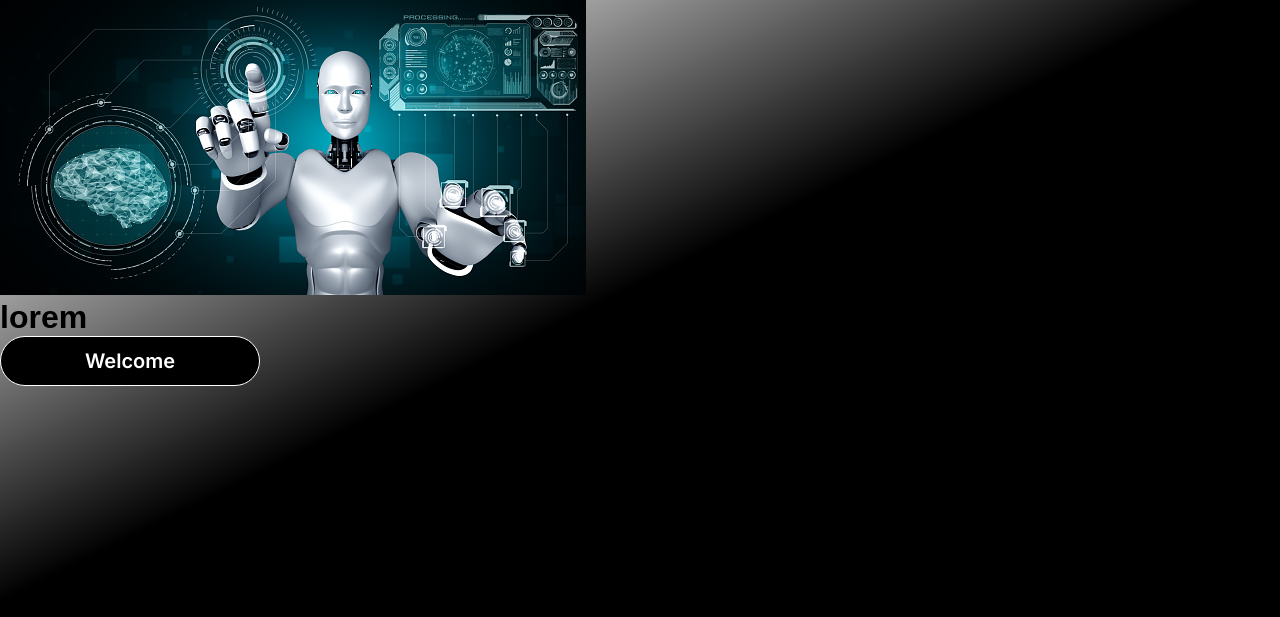
Repository: Cherced/virtualassistant
Page: /WelcomeS
The author's editor kept a copy of each file at every save. The page is drawn from the files as they stood at one save, then again after the next save.
The browser window is 1280 px wide. The pictures show the whole page.
The project was rebuilt for these pictures with package versions that can differ from the ones it lists, and the page was loaded fresh each time. The framework's server and built-in components were replaced by stand-ins that run in the browser.

Above is the page before, as saved 2022-07-15 13:31:17.

### pages/_app.js
import '../sass/global.scss';


const MyApp = ({ Component, pageProps }) => {
    return <Component {...pageProps} />
  }


export default MyApp

### pages/_document.js
import { Html, Head, Main, NextScript } from 'next/document'

export default function Document() {

  return (
    <Html lang="en">
      <Head />
      <body>
        <Main />
        <div id="portal"></div>
        <NextScript />
      </body>
    </Html>
  )
}

### pages/WelcomeS.jsx
import React from 'react'
import {BasicButton} from '../components/atoms/buttons/BasicButton'

const WelcomeS = () => {
  return (
    <div className="WelcomeS">
      <header className="WelcomeS__header">
        <img className="WelcomeS__header--img" src="/img/robotWs.png" alt="Robot"/>
      </header>
      <main className="WelcomeS__main">
        <h1 className="WelcomeS__main--title">
          lorem
        </h1>
      </main>
      <footer className="WelcomeS__footer">
          <BasicButton type="button" color="black" title="Welcome" aria="Welcome Button" />
      </footer>
    </div>
  )
}

export default WelcomeS

### sass/global.scss
@import './vars';
@import './components';
@import './pages/draft';
@import './pages/welcome';
@import './pages/welcomeS';

### components/atoms/buttons/BasicButton.jsx
import React from 'react'

export const BasicButton = (props) => {
  return (
    <button className={`basic__button ${props.color}`} type={props.type} aria-label={props.aria}>
      {props.title}
    </button>
  )
}

### sass/_vars.scss
@import url('https://fonts.googleapis.com/css2?family=Inter:wght@100;200;300;500;600;700;800;900&family=Roboto:ital,wght@0,100;0,300;0,400;0,500;0,700;0,900;1,100;1,300;1,400;1,500;1,700;1,900&display=swap');
@import url('https://fonts.googleapis.com/css2?family=Roboto:ital,wght@0,100;0,300;0,400;0,500;0,700;0,900;1,100;1,300;1,400;1,500;1,700;1,900&family=Ubuntu:ital,wght@0,300;0,400;0,500;0,700;1,300;1,400;1,500;1,700&display=swap');

$mainColor: black;
$mainTextColor: white;
$mainFont: 'Inter';
$subTitle: 'Roboto';


*{
    box-sizing: border-box;
    margin: 0;
    padding: 0;
    font-family: Arial, Helvetica, sans-serif;
}

### sass/_components.scss
@import './components/headers/welcomeHeader';
@import './components/carrousels/carrousel';
@import './components/buttons/nextButton';
@import './components/buttons/basicButton';

### sass/components/headers/_welcomeHeader.scss
.brand {
  width: 100%;
  min-height: 500px;
  display: flex;
  background: black;
  border-radius: 0 0 100px 100px;
  box-shadow: 6px 6px 20px 3px rgba(0, 0, 0, 0.2);
  justify-content: center;
  align-items: center;

  .brand__elipse--container {
    display: none;
  }

  .brand__img {
    z-index: 2;
    object-fit: cover;
  }
}

@media screen and (min-width: 1024px) {
  .brand {
    background-repeat: no-repeat;
    background-position: center;
    background-position-y: -200px;
    border-radius: none;
    background-image: url('../../../public/img/Ellipse.png');
    background: linear-gradient(180deg, #000000, #ffffff, #7d7777, #ececec, #7b7b7b, #000000, #545454, #e1e1e1, #e1e1e1);
    background-size: 1800% 1800%;

    -webkit-animation: AnimationName 27s ease infinite;
    -moz-animation: AnimationName 27s ease infinite;
    animation: AnimationName 27s ease infinite;


  .brand__elipse--container {
    display: block;
    position: absolute;
    top: -193px;
    z-index: 1;
  }
  }


@-webkit-keyframes AnimationName {
  0%{background-position:0% 68%}
  50%{background-position:100% 33%}
  100%{background-position:0% 68%}
}
@-moz-keyframes AnimationName {
  0%{background-position:0% 68%}
  50%{background-position:100% 33%}
  100%{background-position:0% 68%}
}
@keyframes AnimationName {
  0%{background-position:0% 68%}
  50%{background-position:100% 33%}
  100%{background-position:0% 68%}
}

}

### sass/components/carrousels/_carrousel.scss
.carrousel {
    max-width: 500px;
    height: auto;
    min-width: 300px;
    overflow: hidden;

    .slider {
        position: relative;
        display: flex;
        width: 200%;
        height: 100%;
    }

    .carrousel__list {
        list-style: none;
        display: flex;
        flex-direction: column;
        width: 100%;

        .carrousel__list--item {
            width: 100%;
            display: flex;
            flex-direction: row;
            align-items: center;
            justify-content: center;

            .carrousel__item--title {
                font-family: $subTitle;
                font-style: normal;
                font-weight: 500;
                font-size: 20px;
                line-height: 24px;
                text-align: center;
                letter-spacing: 0.04em;
                margin-bottom: 30px;
            }

            .carrousel__item--parragraph {
                font-style: normal;
                font-weight: 400;
                font-size: 15px;
                line-height: 18px;
                text-align: center;
                letter-spacing: 0.04em;
                font-family: $mainFont;
                color: #0F184D;
                padding: 0 30px;
                text-align: center;
            }
        }
    }
}

### sass/components/buttons/_nextButton.scss
.button__next {
    display: flex;
    width: auto;
    min-width: 100px;
    height: 50px;
    justify-content: space-around;
    align-items: center;
    background: black;
    color: white;
    border-radius: 100px;
    padding: 0 0 0 30px;
    box-shadow: 5px 5px 10px 0px black;
    cursor: pointer;
    font-family: $mainFont;
    font-size: 16px;


    .button__next--Arrow {
        width: 50px;
        height: 50px;
        display: flex;
        align-items: center;
        justify-content: center;
        background: $mainTextColor;
        border-radius: 100px;
        margin-left: 10px;

        .next__arrow--h1 {
            padding: 10px;
            color: $mainColor;
            font-family: $mainFont;
        }
    }

}

### sass/components/buttons/_basicButton.scss
.basic__button {
    width: 260px;
    height: 50px;
    border-radius: 30px;
}

.black {
    background: black;
    border: 1px solid white;
    font-family: $mainFont;
    font-style: normal;
    font-weight: 600;
    font-size: 20px;
    line-height: 30px;
    text-align: center;
    color: #FFFFFF;
}

.white{
    background: white;
    border: 1px solid black;
    font-family: $mainFont;
    font-style: normal;
    font-weight: 600;
    font-size: 20px;
    line-height: 30px;
    text-align: center;
    color: black;
}

### sass/pages/_draft.scss

.Draft{
    display: flex;
    align-self: center;
    width: 100%;
    justify-content: center;
    height: 100vh;
    flex-direction: column;
    align-items: center;
}

### sass/pages/_welcome.scss
.welcome {
    width: 100%;
    height: 100vh;
    display: flex;
    flex-direction: column;
    align-items: center;
    box-shadow: 7px 8px 20px 7px black;
    justify-items: center;
    justify-content: space-between;

    .main__Content--welcome {
        width: 100%;
        height: 100%;
        display: flex;
        justify-content: center;
        flex-direction: column;
        align-items: center;

        .main__Content--title {
            font-family: $mainFont;
            font-style: normal;
            font-weight: 600;
            font-size: 30px;
            line-height: 18px;
            text-align: center;
            letter-spacing: 0.04em;

            color: #0F184D;
            margin: 30px 0;
        }
    }

    .NavButtons {
        display: flex;
        width: 100%;
        align-items: center;
        justify-content: space-between;
        padding: 0 30px;
        margin: 20px 0;

        .NavButtons__ancord {
            text-decoration: none;
            font-style: normal;
            font-weight: 400;
            font-size: 15px;
            line-height: 18px;
            letter-spacing: 0.04em;
            font-family: $mainFont;
            color: #000000;
        }
    }
}

### sass/pages/_welcomeS.scss
.WelcomeS{
    height: 100vh;
    background: linear-gradient(333.49deg, #000000 55.66%, rgba(217, 217, 217, 0) 92.17%);
    .WelcomeS {
        width: 100%;
        height: 50%;
    }
}

After the next save:
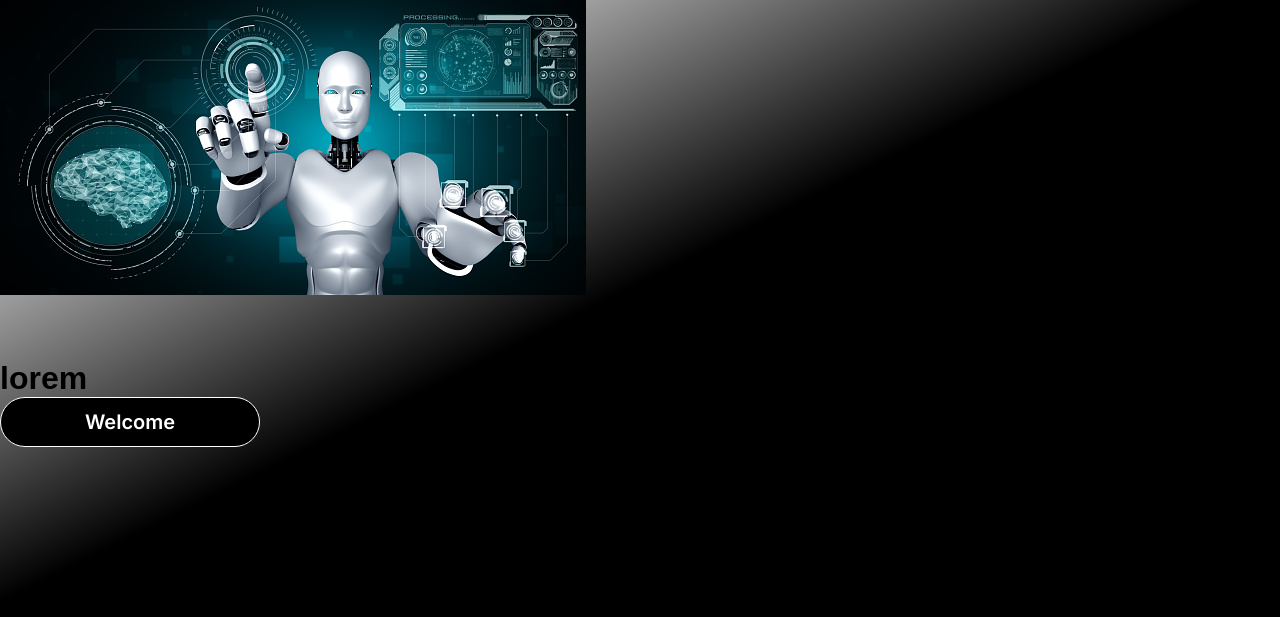
Saved 10 s later.
--- a/sass/pages/_welcomeS.scss
+++ b/sass/pages/_welcomeS.scss
@@ -1,7 +1,7 @@
 .WelcomeS{
     height: 100vh;
     background: linear-gradient(333.49deg, #000000 55.66%, rgba(217, 217, 217, 0) 92.17%);
-    .WelcomeS {
+    .WelcomeS__header {
         width: 100%;
         height: 50%;
     }
